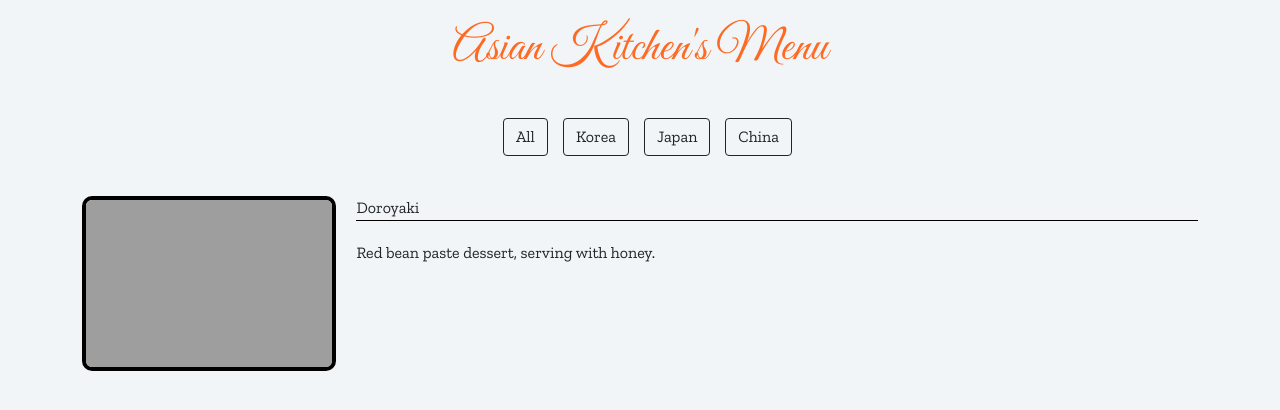
Repository: rizacantire/javascript
Page: Odev3/index.html
The author's editor kept a copy of each file at every save. The page is drawn from the files as they stood at one save, then again after the next save.
The browser window is 1280 px wide. The pictures show the whole page.
Pictures or frames that could not be fetched are drawn as grey boxes.

Above is the page before, as saved 2021-12-12 00:01:08.

### Odev3/index.html
<!DOCTYPE html>
<html lang="en">
  <head>
    <meta charset="UTF-8" />
    <meta name="viewport" content="width=device-width, initial-scale=1.0" />
    <title>Asian Kitchen</title>
    <!-- Fonts -->
    <link
      href="https://fonts.googleapis.com/css2?family=Great+Vibes&family=Zilla+Slab&display=swap"
      rel="stylesheet"
    />
    <!-- Boostrap CDN -->
    <link
      href="https://cdn.jsdelivr.net/npm/bootstrap@5.0.0-beta1/dist/css/bootstrap.min.css"
      rel="stylesheet"
      integrity="sha384-giJF6kkoqNQ00vy+HMDP7azOuL0xtbfIcaT9wjKHr8RbDVddVHyTfAAsrekwKmP1"
      crossorigin="anonymous"
    />
    <!-- CSS -->
    <link rel="stylesheet" href="css/style.css" />
  </head>
  <body>
    <div class="container">
      <section class="menu">
        <!-- title -->
        <div class="title">
          <h2>Asian Kitchen's Menu</h2>
        </div>
        <!-- filter buttons-->
        <div class="btn-container">
            <button class="btn btn-outline-dark btn-item">All</button>
            <button class="btn btn-outline-dark btn-item">Korea</button>
            <button class="btn btn-outline-dark btn-item">Japan</button>
            <button class="btn btn-outline-dark btn-item">China</button>
        </div>
        <!-- menu items -->
        <div class="menu-items">
            <!-- single-item --><img class="photo" src="https://www.justonecookbook.com/wp-content/uploads/2011/10/Dorayaki-New-500x400.jpg" alt="">
            <div class="menu-info">
                <div class="menu-title">Doroyaki</div>
                <div class="menu-text">Red bean paste dessert, serving with honey.</div>
            </div>
            <!-- end of single item -->
        </div>
        </div>
      </section>
    </div>
    <script src="js/app.js"></script>

  </body>
</html>

### Odev3/css/style.css
* {
  box-sizing: border-box;
}

body {
  margin: 0;
  padding: 0;
  background-color: #f1f5f8;
  font-family: "Zilla Slab", serif;
}

h2 {
  font-family: "Great Vibes", cursive;
  font-size: 3rem;
  text-align: center;
  color: #ff6a23;
}
.menu {
  margin-top: 20px;
}

.btn-container {
  display: flex;
  justify-content: center;
  align-items: center;
  margin: 40px 0;
}
.btn-item {
  margin-left: 15px;
}

.photo {
  width: 30%;
  height: 175px;
  object-fit: cover;
  border: 0.25rem solid black;
  border-radius: 10px;
}
.menu-items {
  display: flex;
  margin: 20px 0;
}
.menu-info {
  margin-left: 20px;
  width: 100%;
}
.menu-title {
  display: flex;
  justify-content: space-between;
  border-bottom: 1px solid black;
}

h4 {
  color: #e00a00;
}

.menu-text {
  padding-top: 20px;
}

### Odev3/js/app.js
const menu = [
  {
    id: 1,
    title: "Tteokbokki",
    category: "Korea",
    price: 10.99,
    img:
      "https://twoplaidaprons.com/wp-content/uploads/2020/09/tteokbokki-top-down-view-of-tteokbokki-in-a-bowl-500x500.jpg",
    desc: `Spicy rice cakes, serving with fish cake.`,
  },
  {
    id: 2,
    title: "Chicken Ramen",
    category: "Japan",
    price: 7.99,
    img:
      "https://www.forkknifeswoon.com/wp-content/uploads/2014/10/simple-homemade-chicken-ramen-fork-knife-swoon-01.jpg",
    desc: `Chicken noodle soup, serving with vegetables such as soy bean, green onion. In an optional you can ask for egg. `,
  },
  {
    id: 3,
    title: "Bibimbap",
    category: "Korea",
    price: 8.99,
    img:
      "https://dwellbymichelle.com/wp-content/uploads/2020/05/DWELL-bibimbap.jpg",
    desc: `Boiling vegetables, serving with special hot sauce`,
  },
  {
    id: 4,
    title: "Dan Dan Mian",
    category: "China",
    price: 5.99,
    img:
      "https://www.savingdessert.com/wp-content/uploads/2019/02/Dan-Dan-Noodles-10.jpg",
    desc: `Dan dan noodle, serving with green onion `,
  },
  {
    id: 5,
    title: "Yangzhou Fried Rice",
    category: "China",
    price: 12.99,
    img:
      "https://salu-salo.com/wp-content/uploads/2013/02/Yangzhou-Fried-Rice1.jpg",
    desc: `Yangzhou style fried rice, serving with bean and pickles `,
  },
  {
    id: 6,
    title: "Onigiri",
    category: "Japan",
    price: 9.99,
    img:
      "https://www.manusmenu.com/wp-content/uploads/2017/08/Onigiri-3-1-of-1.jpg",
    desc: `Rice Sandwich, serving with soy sauce`,
  },
  {
    id: 7,
    title: "Jajangmyeon",
    category: "Korea",
    price: 15.99,
    img:
      "https://www.curiouscuisiniere.com/wp-content/uploads/2020/04/Jajangmyeon-Korean-Noodles-in-Black-Bean-Sauce5.1200H-720x540.jpg",
    desc: `Black bean sauce noodle, serving with green onion `,
  },
  {
    id: 8,
    title: "Ma Yi Shang Shu",
    category: "China",
    price: 12.99,
    img:
      "https://assets.tmecosys.com/image/upload/t_web767x639/img/recipe/ras/Assets/F688C2F6-86EC-46C4-B9C7-A6BA01DF7437/Derivates/32E3E72A-F786-406D-AF7F-B30980A9AC6C.jpg",
    desc: `Hot pepper sauce noodle, serving with soy bean and onion`,
  },
  {
    id: 9,
    title: "Doroyaki",
    category: "Japan",
    price: 3.99,
    img:
      "https://www.justonecookbook.com/wp-content/uploads/2011/10/Dorayaki-New-500x400.jpg",
    desc: `Red bean paste dessert, serving with honey.`,
  },
];

After the next save:
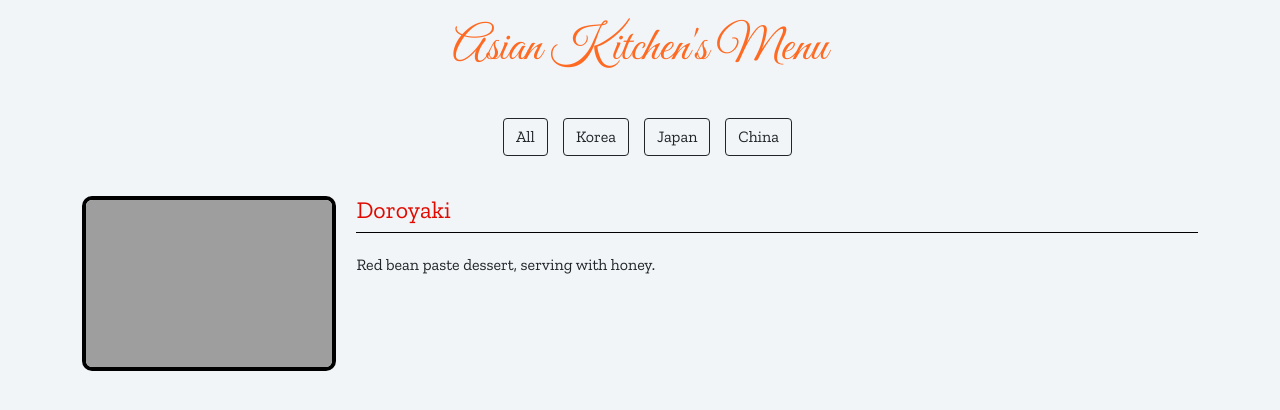
Saved 13 s later.
--- a/Odev3/index.html
+++ b/Odev3/index.html
@@ -37,7 +37,9 @@
         <div class="menu-items">
             <!-- single-item --><img class="photo" src="https://www.justonecookbook.com/wp-content/uploads/2011/10/Dorayaki-New-500x400.jpg" alt="">
             <div class="menu-info">
-                <div class="menu-title">Doroyaki</div>
+                <div class="menu-title">
+                    <h4>Doroyaki</h4>
+                </div>
                 <div class="menu-text">Red bean paste dessert, serving with honey.</div>
             </div>
             <!-- end of single item -->
